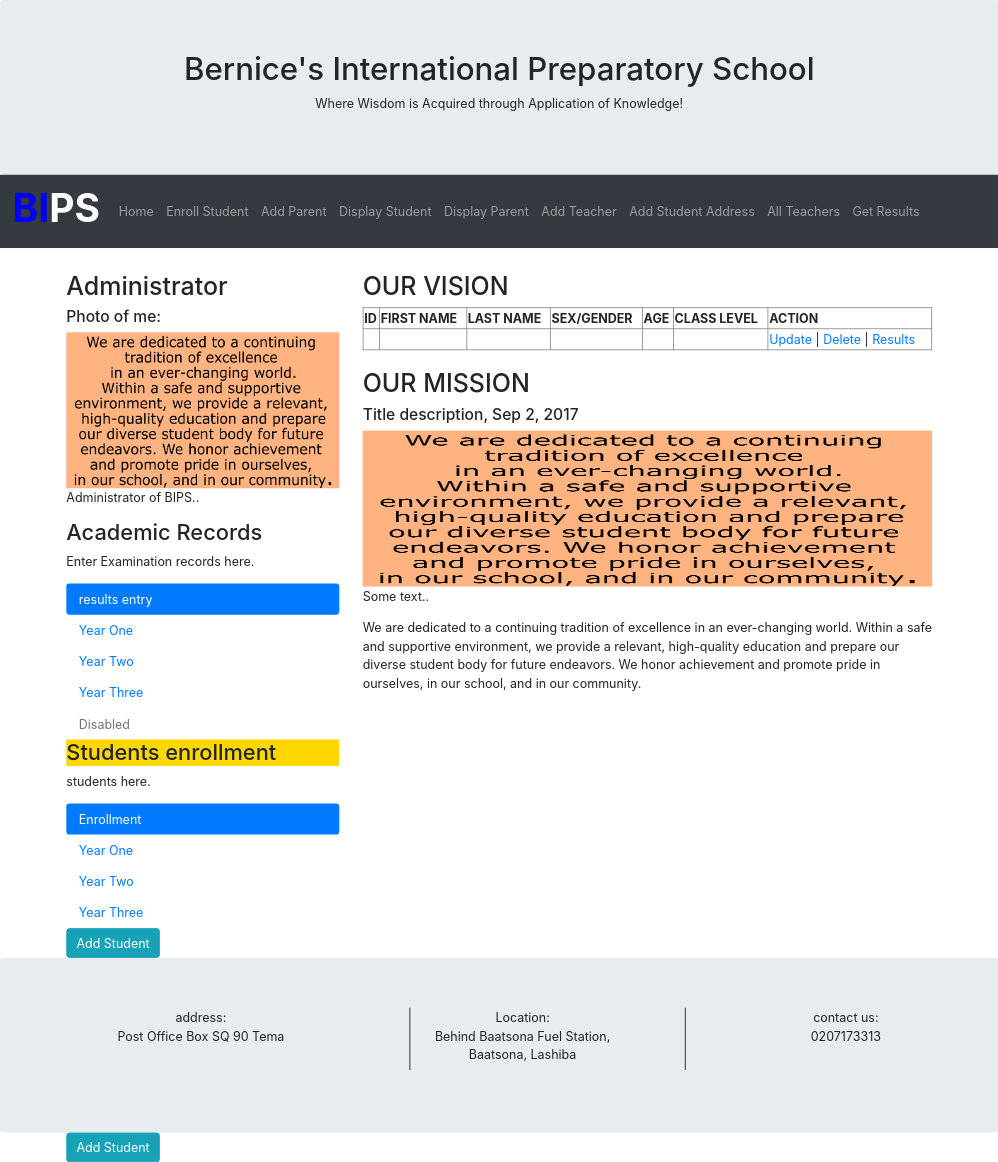
Repository: joseackah/eclipse-workspace
Page: http://localhost/com.school.mgt.system.Front.End/WEB-INF/views/adminHomePageExample2.jsp
These files come from the project's save history. The page is drawn as it stood at one moment and after the next save; the edit follows.
The browser window is 1280 px wide. The pictures show the whole page, at 78% of full size.
The page is served by Tomcat 9. Nobody is signed in. Other server files are loaded and not shown. The template is opened directly, without the code that normally fills it, so the values that code supplies are empty.

Above is the page before, as saved 2021-08-15 22:42:21.

### com.school.mgt.system.Front.End/src/main/webapp/WEB-INF/views/adminHomePageExample2.jsp
<%@ page language="java" contentType="text/html; charset=ISO-8859-1"
    pageEncoding="ISO-8859-1"%>
<!DOCTYPE html>
<html>
<head>
<meta charset="ISO-8859-1">
<title>Home Page</title>
<meta charset="utf-8">
  <meta name="viewport" content="width=device-width, initial-scale=1">
  <link rel="stylesheet" href="https://maxcdn.bootstrapcdn.com/bootstrap/4.5.2/css/bootstrap.min.css">
  <script src="https://ajax.googleapis.com/ajax/libs/jquery/3.5.1/jquery.min.js"></script>
  <script src="https://cdnjs.cloudflare.com/ajax/libs/popper.js/1.16.0/umd/popper.min.js"></script>
  <script src="https://maxcdn.bootstrapcdn.com/bootstrap/4.5.2/js/bootstrap.min.js"></script>
  <style>
  .fakeimg {
    height: 200px;
    background: #aaa;
  }
  </style>
</head>
<body>
<div class="jumbotron text-center" style="margin-bottom:0">
  <h1>Bernice's International Preparatory School</h1>
  <p>Where Wisdom is Acquired through Application of Knowledge!</p>
</div>

<nav class="navbar navbar-expand-sm bg-dark navbar-dark">
  <a class="navbar-brand" href="#"><h1 style="font-size: 50px; font-weight: bold;"><span style="color:blue; font-size:;">BI</span>PS </h1></a>
  <button class="navbar-toggler" type="button" data-toggle="collapse" data-target="#collapsibleNavbar">
    <span class="navbar-toggler-icon"></span>
  </button>
  <div class="collapse navbar-collapse" id="collapsibleNavbar">
    <ul class="navbar-nav">
      <li class="nav-item">
        <a class="nav-link" href="${pageContext.request.contextPath}/general/homePage">Home</a>
      </li>
      <li class="nav-item">
        <a class="nav-link" href="${pageContext.request.contextPath}/schoolStudents/moreStudentsForm">Enroll Student</a>
      </li>
      <li class="nav-item">
        <a class="nav-link" href="${pageContext.request.contextPath}/schoolParents/showParentForm">Add Parent</a>
      </li>
      <li class="nav-item">
        <a class="nav-link" href="${pageContext.request.contextPath}/schoolStudents/displayStudents">Display Student</a>
      </li>
      <li class="nav-item">
        <a class="nav-link" href="${pageContext.request.contextPath}/schoolParents/displayParents">Display Parent</a>
      </li>
      <li class="nav-item">
        <a class="nav-link" href="${pageContext.request.contextPath}/schoolStudents/showStudentsForm">Add Teacher</a>
      </li>
      <li class="nav-item">
        <a class="nav-link" href="${pageContext.request.contextPath}/studentAddress/displayStudentAddress">Add Student Address</a>
      </li>
      <li class="nav-item">
        <a class="nav-link" href="${pageContext.request.contextPath}/schoolTeachers/displayTeachers">All Teachers</a>
      </li>
      <li class="nav-item">
        <a class="nav-link" href="${pageContext.request.contextPath}/general/lowerResults">Get Results</a>
      </li>
    </ul>
  </div>
</nav>

<div class="container" style="margin-top:30px">
  <div class="row">
    <div class="col-sm-4">
      <h2>Administrator</h2>
      <h5>Photo of me:</h5>
      <div class="fakeimg"> <img alt="our mision" src="${pageContext.request.contextPath}/resources/png/mission.png" style="width:100%; height:100%;"/>  </div>
      <p>Administrator of BIPS..</p>

    <!--   academic record start here -->

      <h3>Academic Records</h3>
      <p>Enter Examination records here.</p>
      <ul class="nav nav-pills flex-column">
        <li class="nav-item">
          <a class="nav-link active" href="#">results entry</a>
        </li>
        <li class="nav-item">
          <a class="nav-link" href="#">Year One</a>
        </li>
        <li class="nav-item">
          <a class="nav-link" href="#">Year Two</a>
        </li>
        <li class="nav-item">
          <a class="nav-link" href="#">Year Three</a>
        </li>
        <li class="nav-item">
          <a class="nav-link disabled" href="#">Disabled</a>
        </li>
      </ul>
      <hr class="d-sm-none">

      <!-- academic record ends here -->

      <!-- student starts here -->
       <h3 style="background-color:gold;">Students enrollment</h3>
      <p>students here.</p>
      <ul class="nav nav-pills flex-column">
        <li class="nav-item">
          <a class="nav-link active">Enrollment</a>
        </li>
        <li class="nav-item">
          <a class="nav-link" href="#">Year One</a>
        </li>
        <li class="nav-item">
          <a class="nav-link" href="#">Year Two</a>
        </li>
        <li class="nav-item">
          <a class="nav-link" href="#">Year Three</a>
        </li>
        <li class="nav-item">
          <!-- <a class="nav-link disabled" href="#">Disabled</a> -->
          <button type="button" class="btn btn-info float-left" data-toggle="modal" data-target="#myModal">Add Student</button>
        </li>
      </ul>
      <hr class="d-sm-none">
    <!--   students ends here -->
    </div>

    <!-- mission start here -->
    <div class="col-sm-8">
      <h2>OUR VISION</h2>
      <table border="1" id="name" style="width: 100%;">
			<thead>
				<tr>
					<th> ID</th>
					<th>FIRST NAME</th>
					<th>LAST NAME</th>
					<th>SEX/GENDER</th>
					<th>AGE</th>
					<th>CLASS LEVEL</th>

					<th>ACTION </th>
				</tr>
			</thead>
			<tbody id="myTable">
				<c:forEach items="${student}" var="student">
					<c:url value="update1" var="updateURL">
						<c:param value="${student.studentId}" name="studentId"></c:param>
					 	<c:param value="${student.firstName}" name="firstName"></c:param>
						<c:param value="${student.lastName}" name="lastName"></c:param>
						<c:param value="${student.sex}" name="sex"></c:param>
						<c:param value="${student.age}" name="age"></c:param>
						<c:param value="${student.classLevel}" name="classLevel"></c:param>


					</c:url>

					<c:url value="deleteStudents/${student.studentId}" var="removeURL">
				<!-- <c:param value="" name="id"></c:param> -->
					</c:url>

					<c:url value="results" var="results">
					<c:param value="${student.studentId}" name="studentId"></c:param>
					 	<c:param value="${student.firstName}" name="firstName"></c:param>
						<c:param value="${student.lastName}" name="lastName"></c:param>
						<c:param value="${student.sex}" name="sex"></c:param>
						<c:param value="${student.age}" name="age"></c:param>
						<c:param value="${student.classLevel}" name="classLevel"></c:param>
					</c:url>

					<tr>
						<td>${student.studentId}</td>
						<td>${student.firstName}</td>
						<td>${student.lastName}</td>
						<td>${student.sex}</td>
						<td>${student.age} </td>
						<td>${student.classLevel} </td>

						<td><a href="${updateURL }">Update</a> | <a
							href="${removeURL }"
							onclick="if (!confirm('Are you sure you want to delete this record?')) return false">Delete</a> |
							<a href="${results}">Results</a>

						</td>
					</tr>

				</c:forEach>
			</tbody>

		</table>



      <!-- mission end here -->

      <br>
      <h2>OUR MISSION</h2>
      <h5>Title description, Sep 2, 2017</h5>
      <div class="fakeimg"><img alt="" src="${pageContext.request.contextPath}/resources/png/mission.png" style="width:100%; height:100%;"></div>
      <p>Some text..</p>
      <p>We are dedicated to a continuing tradition of excellence in an ever-changing world. Within a safe and supportive environment, we provide a relevant, high-quality education and prepare our diverse student body for future endeavors. We honor achievement and promote pride in ourselves, in our school, and in our community.</p>
    </div>
  </div>
</div>

<div class="jumbotron text-center" style="margin-bottom:0; align-context: space-between;">
<div style="justify-content: center;">
<div style="display: flex; float: center; justify-content: center;">
<p style="margin-right: 10em">address: <br /> Post Office Box SQ 90 Tema</p> <p style="border-left: 1px solid black; height: 80px; position:fix; left: 35%; padding-right: 2em;"> </p>
<p style="display: flex; float: right;"> Location: <br /> Behind Baatsona Fuel Station, <br> Baatsona, Lashiba </p> <P style="border-left: 1px solid black; height: 80px; position:fix; right: 50%; margin-left: 6em;"> </P>
<p style="margin-left: 10em">contact us:<br/> 0207173313</p>
</div>


</div>
</div>


<!-- test form -->

 <div class="container">
		<button type="button" class="btn btn-info float-left" data-toggle="modal" data-target="#myModal">Add Student</button>

		<!-- Modal -->
		<div class="modal fade" id="myModal" role="dialog">
			<div class="modal-dialog">

				<!-- Modal content-->
				<div class="modal-content">
					<div class="modal-header">
					<h4 class="modal-title text-primary">ADD NEW STUDENT</h4>
						<button type="button" class="close" data-dismiss="modal">&times;</button>
					</div>
					<div class="modal-body">




						<form action="${pageContext.request.contextPath }/aitiKaceStudentsApiConsumption/saveAitiKaceStudent=SaMEmE=HsuSGS-MlsjHS-DN-aDDF-Fdddde-sAmKoG=SmO-sLnINbds=LonCrshs-bBidbdd" method="post">

							<div class="modal-body">

						<div class="row">
   							 <div class="col">

								<div class="form-group">

									<input name="student_id" type="text" class="form-control checking_student_id" id="student_id" value="" placeholder="Student ID" required>
									<span class="error_student_id" id="student_id_error_message" style="color:red;"></span>
								</div>
								</div>
							<div class="col">

								<div class="form-group">
									 <input name="student_name"
										type="text" class="form-control" id="student_name" value="" placeholder="Student Name" required>
										<span id ="student_name_error_message" style="color:red;"></span>
								</div>


					</div>








					</div>



								<div class="form-group">
									<label>COURSE</label>
									<select class="form-control" name="course">
										<option value="">Select Course</option>
										<option value="Certificate in Software Development">Certificate in Software Development</option>
										<option value="Cisco Certified Network Associate">Cisco Certified Network Associate</option>
										<option value="Cisco Certified Network Professionals">Cisco Certified Network Professionals</option>
										<option value="International Computer Driving Licence">International Computer Driving Licence</option>
										<option value="Cyber Security">Cyber Security</option>
										<option value="Network Information Security">Network Information Security</option>
										<option value="Certified Information System Auditor">Certified Information System Auditor</option>
										<option value="Big Data Analytics">Big Data Analytics</option>
										<option value="Web Technologies">Web Technologies</option>
										<option value="Java Programming">Java Programming</option>
										<option value="Computing Infrastructure Systems & Security">Computing Infrastructure Systems & Security</option>
									</select>
								</div>



					<div class="row">
    <div class="col">



								<div class="form-group">
								<label>COURSE LEVEL</label> <input name="course_level"
										type="text" class="form-control" id="course_level" value="" placeholder="CSD1.5" required>
										<span id ="course_level_error_message" style="color:red;"></span>
								</div>


						</div>

   <div class="col">

								<div class="form-group">
									<label>DATE OF BIRTH</label> <input name="date_of_birth" type="date"
										class="form-control checking_date_of_birth" id="date_of_birth" value="" placeholder="example@play.com" required>
										<span class="error_date_of_birth" id="date_of_birth_error_message" style="color:red;"></span>
								</div>


</div>
</div>


								<div class="form-group">
								<label>EMAIL</label> <input name="email" type="email"
										class="form-control checking_email" id="email" value="" placeholder="example@play.com" required>
										<span class="error_email" id ="email_error_message" style="color:red;"></span>
								</div>


				<div class="row">
    <div class="col">


								<div class="form-group">
								<label>PHONE NUMBER</label>	<input name="phone" type="text"
										class="form-control checking_phone" id="phone" value="" placeholder="0*************" required>
										<span class="error_phone" id ="phone_error_message" style="color:red;"></span>
								</div>
			</div>
 <div class="col">
								<div class="form-group">
									<label>GENDER</label>
									<select class="form-control" name="gender">
										<option>Select</option>
										<option value="Male">Male</option>
										<option value="Female">Female</option>
									</select>
								</div>

</div>
</div>

		<div class="form-group">
									<label>ADDRESS</label> <input name="address"
										type="text" class="form-control" id="address" value="" placeholder="Tema Comm 1" required>
										<span id ="course_level_error_message" style="color:red;"></span>
								</div>


			<div class="row">
    <div class="col">


								<div class="form-group">
									<label>COURSE START DATE</label> <input name="course_start_date" type="date"
										class="form-control checking_date_of_birth" id="course_start_date" value="" placeholder="example@play.com" required>
										<span class="error_date_of_birth" id="date_of_birth_error_message" style="color:red;"></span>
								</div>

</div>
  <div class="col">


								<div class="form-group">
									<label>COURSE END DATE</label> <input name="course_end_date" type="date"
										class="form-control checking_date_of_birth" id="course_end_date" value="" placeholder="example@play.com" required>
										<span class="error_date_of_birth" id="date_of_birth_error_message" style="color:red;"></span>
								</div>

</div>
</div>

</body>
</html>

After the next save:
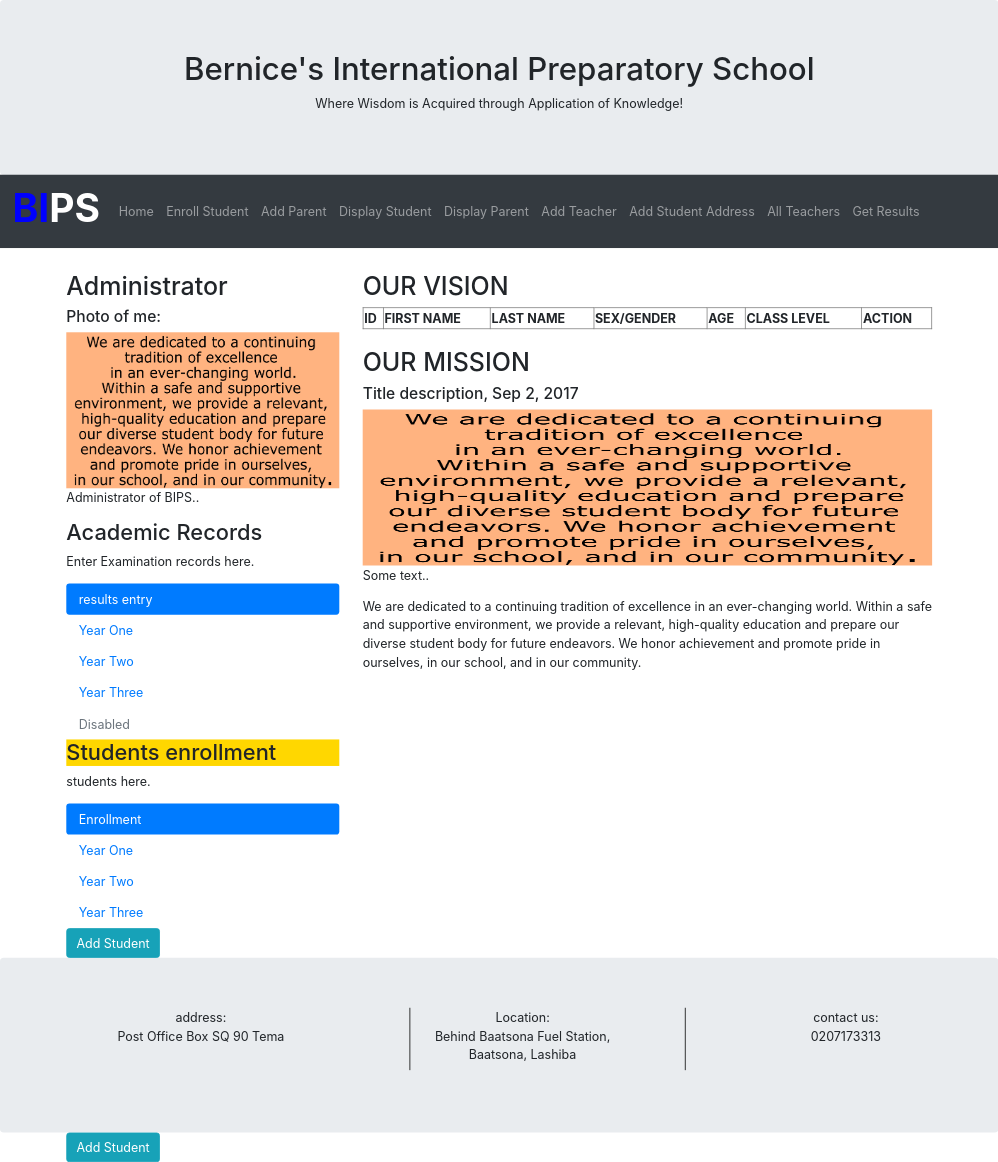
Saved 2 min 11 s later.
--- a/com.school.mgt.system.Front.End/src/main/webapp/WEB-INF/views/adminHomePageExample2.jsp
+++ b/com.school.mgt.system.Front.End/src/main/webapp/WEB-INF/views/adminHomePageExample2.jsp
@@ -1,5 +1,7 @@
 <%@ page language="java" contentType="text/html; charset=ISO-8859-1"
     pageEncoding="ISO-8859-1"%>
+    <%@ taglib uri="http://www.springframework.org/tags/form" prefix="form"%>
+	<%@ taglib uri="http://java.sun.com/jsp/jstl/core" prefix="c"%>
 <!DOCTYPE html>
 <html>
 <head>
